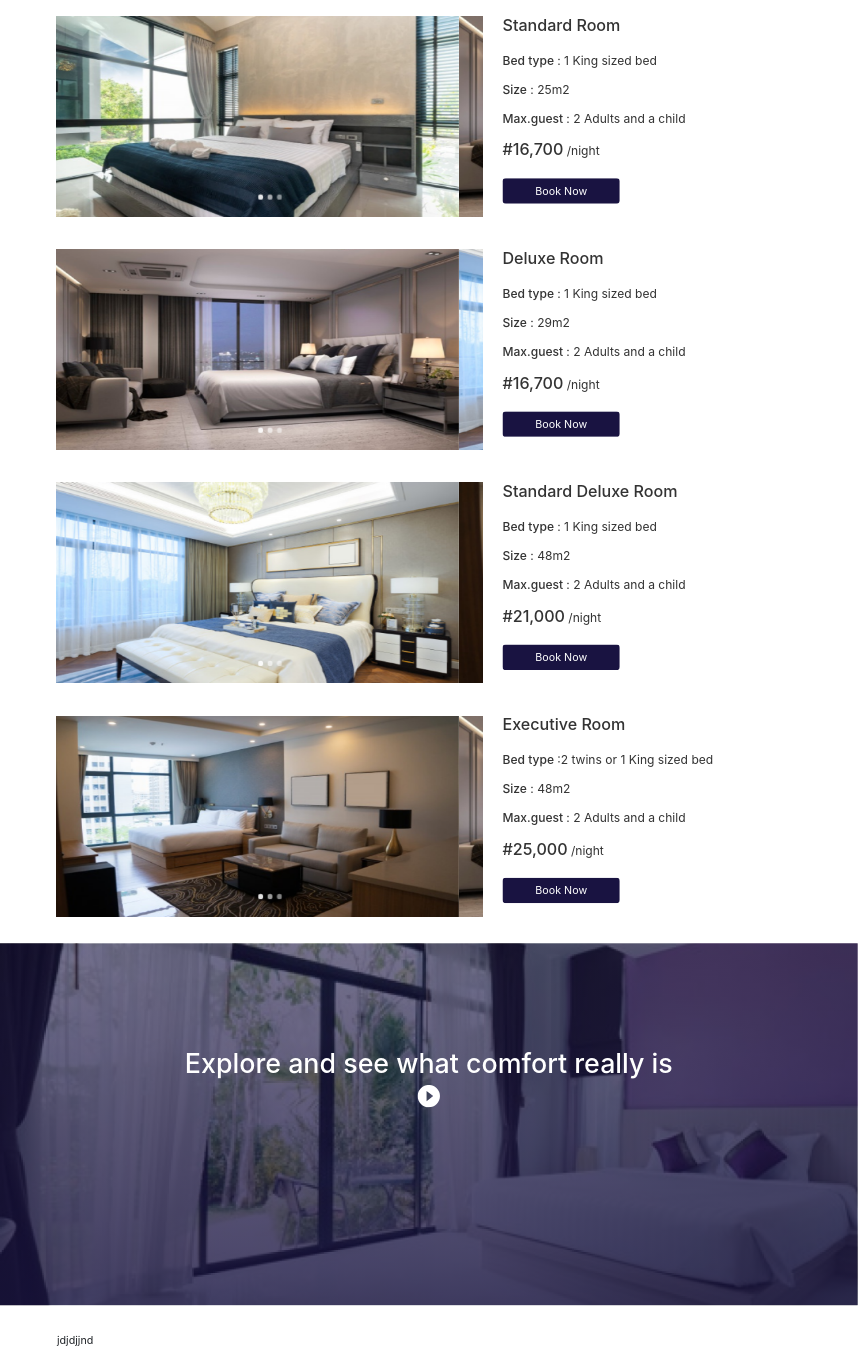
Repository: Syfon01/hotel-website
Page: room.html
The author's editor kept a copy of each file at every save. The page is drawn from the files as they stood at one save, then again after a run of saves.
The browser window is 1280 px wide. The pictures show the whole page, at 67% of full size.

Above is the page before, as saved 2020-06-08 19:26:52.

### room.html
<!doctype html>
<html lang="en">
  <head>
    <title>Title</title>
    <!-- Required meta tags -->
    <meta charset="utf-8">
    <meta name="viewport" content="width=device-width, initial-scale=1, shrink-to-fit=no">

    <!-- Bootstrap CSS -->
    <link rel="stylesheet" href="https://stackpath.bootstrapcdn.com/bootstrap/4.3.1/css/bootstrap.min.css" integrity="sha384-ggOyR0iXCbMQv3Xipma34MD+dH/1fQ784/j6cY/iJTQUOhcWr7x9JvoRxT2MZw1T" crossorigin="anonymous">
    <link rel="stylesheet" href="room.css">
  </head>
  <body>
    <!-- carousel section -->
    <section id="carousel-section">
      <div class="container">
        <div class="row py-4">
          <div class="col-md-7 col-lg-7 col-12 col-sm-12">
            <div id="carouselExampleIndicators" class="carousel slide" data-ride="carousel">
              <ol class="carousel-indicators">
                <li data-target="#carouselExampleIndicators" data-slide-to="0" class="active"></li>
                <li data-target="#carouselExampleIndicators" data-slide-to="1"></li>
                <li data-target="#carouselExampleIndicators" data-slide-to="2"></li>
              </ol>
              <div class="carousel-inner">
                <div class="carousel-item active">
                  <img src="./img/hotel1.png" class="d-block w-100 img-carousel img-fluid" alt="...">
                </div>
                <div class="carousel-item">
                  <img src="./img/hotel2.png" class="d-block w-100 img-carousel img-fluid" alt="...">
                </div>
                <div class="carousel-item">
                  <img src="./img/hotel3.png" class="d-block w-100 img-carousel img-fluid" alt="...">
                </div>
              </div>

            </div>
          </div>
          <div class="col-md-5 col-lg-5 col-12 col-sm-12">
            <h4 class="text-purple mb-4">Standard Room</h4>
            <p class="text-purple"><span class="p-font-weight">Bed type </span>: 1 King sized bed</p>
            <p class="text-purple"><span class="p-font-weight">Size</span> : 25m2</p>
            <p class="text-purple"><span class="p-font-weight">Max.guest </span>: 2 Adults and a child</p>
            <p class="text-purple mb-4"><span class="p-font-weight p-20">#16,700</span> /night</p>
            <button class="btn btn-purple px-5">Book Now</button>
          </div>
        </div>

        <div class="row py-4">
          <div class="col-md-7 col-lg-7 col-12 col-sm-12">
            <div id="carouselExampleIndicators" class="carousel slide" data-ride="carousel">
              <ol class="carousel-indicators">
                <li data-target="#carouselExampleIndicators" data-slide-to="0" class="active"></li>
                <li data-target="#carouselExampleIndicators" data-slide-to="1"></li>
                <li data-target="#carouselExampleIndicators" data-slide-to="2"></li>
              </ol>
              <div class="carousel-inner">
                <div class="carousel-item active">
                  <img src="./img/hotel2.png" class="d-block w-100 img-carousel img-fluid" alt="...">
                </div>
                <div class="carousel-item">
                  <img src="./img/hotel3.png" class="d-block w-100 img-carousel img-fluid" alt="...">
                </div>
                <div class="carousel-item">
                  <img src="./img/hotel4.png" class="d-block w-100 img-carousel img-fluid" alt="...">
                </div>
              </div>

            </div>
          </div>
          <div class="col-md-5 col-lg-5 col-12 col-sm-12">
            <h4 class="text-purple mb-4">Deluxe Room</h4>
            <p class="text-purple"><span class="p-font-weight">Bed type </span>: 1 King sized bed</p>
            <p class="text-purple"><span class="p-font-weight">Size</span> : 29m2</p>
            <p class="text-purple"><span class="p-font-weight">Max.guest </span>: 2 Adults and a child</p>
            <p class="text-purple mb-4"><span class="p-font-weight p-20">#16,700</span> /night</p>
            <button class="btn btn-purple px-5">Book Now</button>
          </div>
        </div>

        <div class="row py-4">
          <div class="col-md-7 col-lg-7 col-12 col-sm-12">
            <div id="carouselExampleIndicators" class="carousel slide" data-ride="carousel">
              <ol class="carousel-indicators">
                <li data-target="#carouselExampleIndicators" data-slide-to="0" class="active"></li>
                <li data-target="#carouselExampleIndicators" data-slide-to="1"></li>
                <li data-target="#carouselExampleIndicators" data-slide-to="2"></li>
              </ol>
              <div class="carousel-inner">
                <div class="carousel-item active">
                  <img src="./img/hotel3.png" class="d-block w-100 img-carousel h-50 img-fluid" alt="...">
                </div>
                <div class="carousel-item">
                  <img src="./img/hotel4.png" class="d-block w-100 img-carousel img-fluid" alt="...">
                </div>
                <div class="carousel-item">
                  <img src="./img/hotel1.png" class="d-block w-100 img-carousel img-fluid" alt="...">
                </div>
              </div>

            </div>
          </div>
          <div class="col-md-5 col-lg-5 col-12 col-sm-12">
            <h4 class="text-purple mb-4">Standard Deluxe Room</h4>
            <p class="text-purple"><span class="p-font-weight">Bed type </span>: 1 King sized bed</p>
            <p class="text-purple"><span class="p-font-weight">Size</span> : 48m2</p>
            <p class="text-purple"><span class="p-font-weight">Max.guest </span>: 2 Adults and a child</p>
            <p class="text-purple mb-4"><span class="p-font-weight p-20">#21,000</span> /night</p>
            <button class="btn btn-purple px-5">Book Now</button>
          </div>
        </div>

        <div class="row py-4">
          <div class="col-md-7 col-lg-7 col-12 col-sm-12">
            <div id="carouselExampleIndicators" class="carousel slide" data-ride="carousel">
              <ol class="carousel-indicators">
                <li data-target="#carouselExampleIndicators" data-slide-to="0" class="active"></li>
                <li data-target="#carouselExampleIndicators" data-slide-to="1"></li>
                <li data-target="#carouselExampleIndicators" data-slide-to="2"></li>
              </ol>
              <div class="carousel-inner">
                <div class="carousel-item active">
                  <img src="./img/hotel4.png" class="d-block w-100 img-carousel h-50 img-fluid" alt="...">
                </div>
                <div class="carousel-item">
                  <img src="./img/hotel2.png" class="d-block w-100 img-carousel img-fluid" alt="...">
                </div>
                <div class="carousel-item">
                  <img src="./img/hotel1.png" class="d-block w-100 img-carousel img-fluid" alt="...">
                </div>
              </div>

            </div>
          </div>
          <div class="col-md-5 col-lg-5 col-12 col-sm-12">
            <h4 class="text-purple mb-4">Executive Room</h4>
            <p class="text-purple"><span class="p-font-weight">Bed type </span>:2 twins or 1 King sized bed</p>
            <p class="text-purple"><span class="p-font-weight">Size</span> : 48m2</p>
            <p class="text-purple"><span class="p-font-weight">Max.guest </span>: 2 Adults and a child</p>
            <p class="text-purple mb-4"><span class="p-font-weight p-20">#25,000</span> /night</p>
            <button class="btn btn-purple px-5">Book Now</button>
          </div>
        </div>
      </div>
    </section>

    <!-- explore section  -->
    <div class="explore py-3">
      <div class='hero'>
        <div class="cont-vert">
          <div class="text-center vert col-12">
            <h1>
              Explore and see what comfort really is
            </h1>
            <img src="./img/play.svg" class="img-fluid" alt="" srcset="">
          </div>
        </div>

      </div>
</div>

<div class="container my-4">
  jdjdjjnd
</div>

    <!-- Optional JavaScript -->
    <!-- jQuery first, then Popper.js, then Bootstrap JS -->
    <script src="https://code.jquery.com/jquery-3.3.1.slim.min.js" integrity="sha384-q8i/X+965DzO0rT7abK41JStQIAqVgRVzpbzo5smXKp4YfRvH+8abtTE1Pi6jizo" crossorigin="anonymous"></script>
    <script src="https://cdnjs.cloudflare.com/ajax/libs/popper.js/1.14.7/umd/popper.min.js" integrity="sha384-UO2eT0CpHqdSJQ6hJty5KVphtPhzWj9WO1clHTMGa3JDZwrnQq4sF86dIHNDz0W1" crossorigin="anonymous"></script>
    <script src="https://stackpath.bootstrapcdn.com/bootstrap/4.3.1/js/bootstrap.min.js" integrity="sha384-JjSmVgyd0p3pXB1rRibZUAYoIIy6OrQ6VrjIEaFf/nJGzIxFDsf4x0xIM+B07jRM" crossorigin="anonymous"></script>
  </body>
</html>

### room.css
.text-purple{
 color: #333333
}
.p-font-weight{
  font-weight: 500;
}
.p-20{
  font-size: 24px;
}
p{
  font-size: 18px;;
}
.btn-purple{
  background-color: #191341;
  color: #fff;
  border-radius: 5px;
}
.img-carousel{
  height: 300px!important;
}
.carousel-indicators li{
  border-radius: 100%;
  width: 8px;
  height: 8px;
}

.hero{
   background-image: linear-gradient(to bottom, rgba(25, 19, 65, 0.6), rgba(25, 19, 65, 0.8)),
   url('/img/explore.png');
   width: 100%;
   height: 75vh;
   background-size: cover;
   color: white;
  ;
}

.vert{
  margin: 0;
  position: absolute;
  top: 50%;
  left: 50%;
  -ms-transform: translate(-50%, -50%);
  transform: translate(-50%, -50%);
}
.cont-vert{
  height: 400px;
  position: relative;
}

After the next 2 saves:
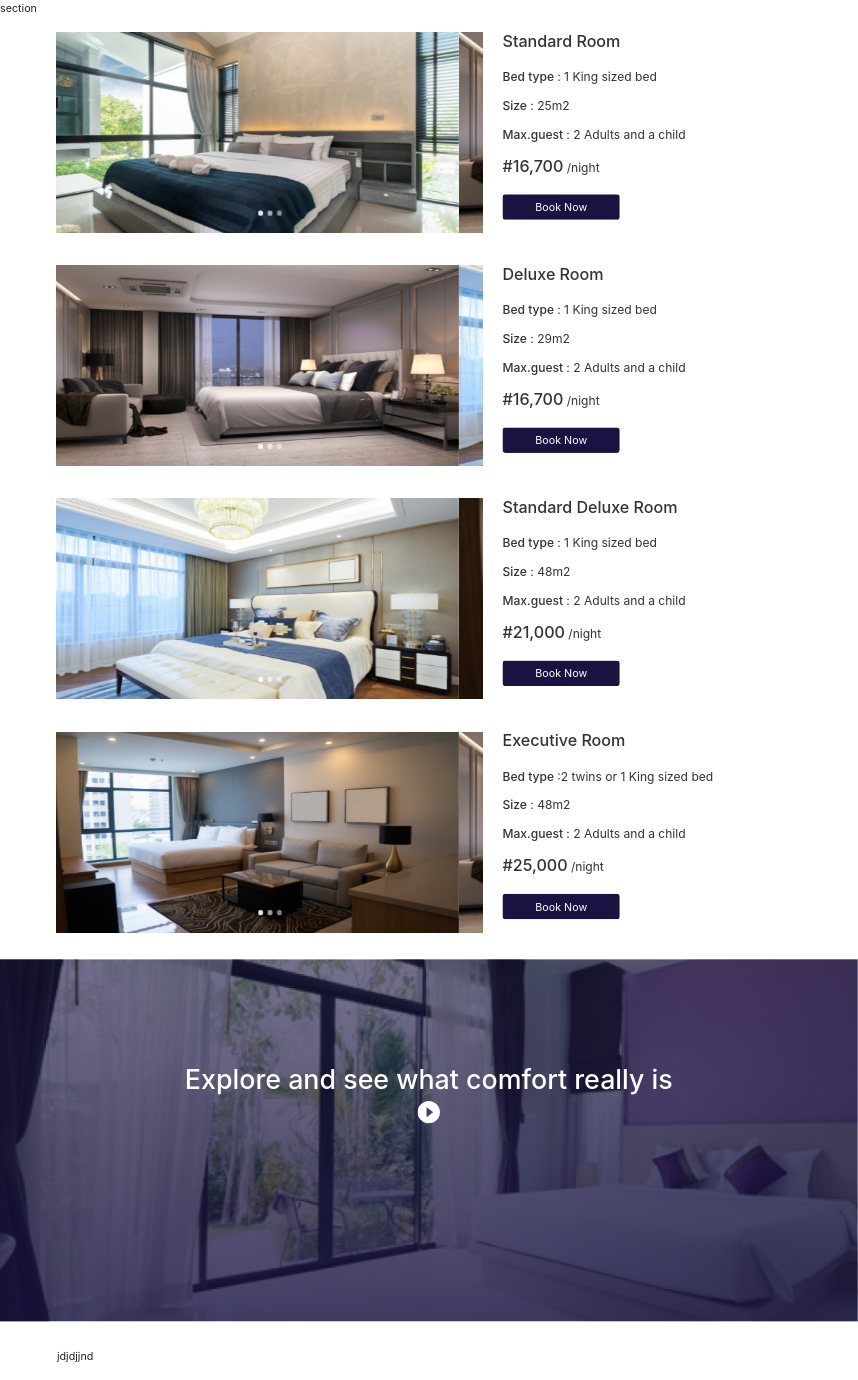
The 2 saves are shown as one change because they came seconds apart.
The last was saved 59 s later.
--- a/room.html
+++ b/room.html
@@ -11,6 +11,7 @@
     <link rel="stylesheet" href="room.css">
   </head>
   <body>
+    section
     <!-- carousel section -->
     <section id="carousel-section">
       <div class="container">

After the 2 saves that followed:
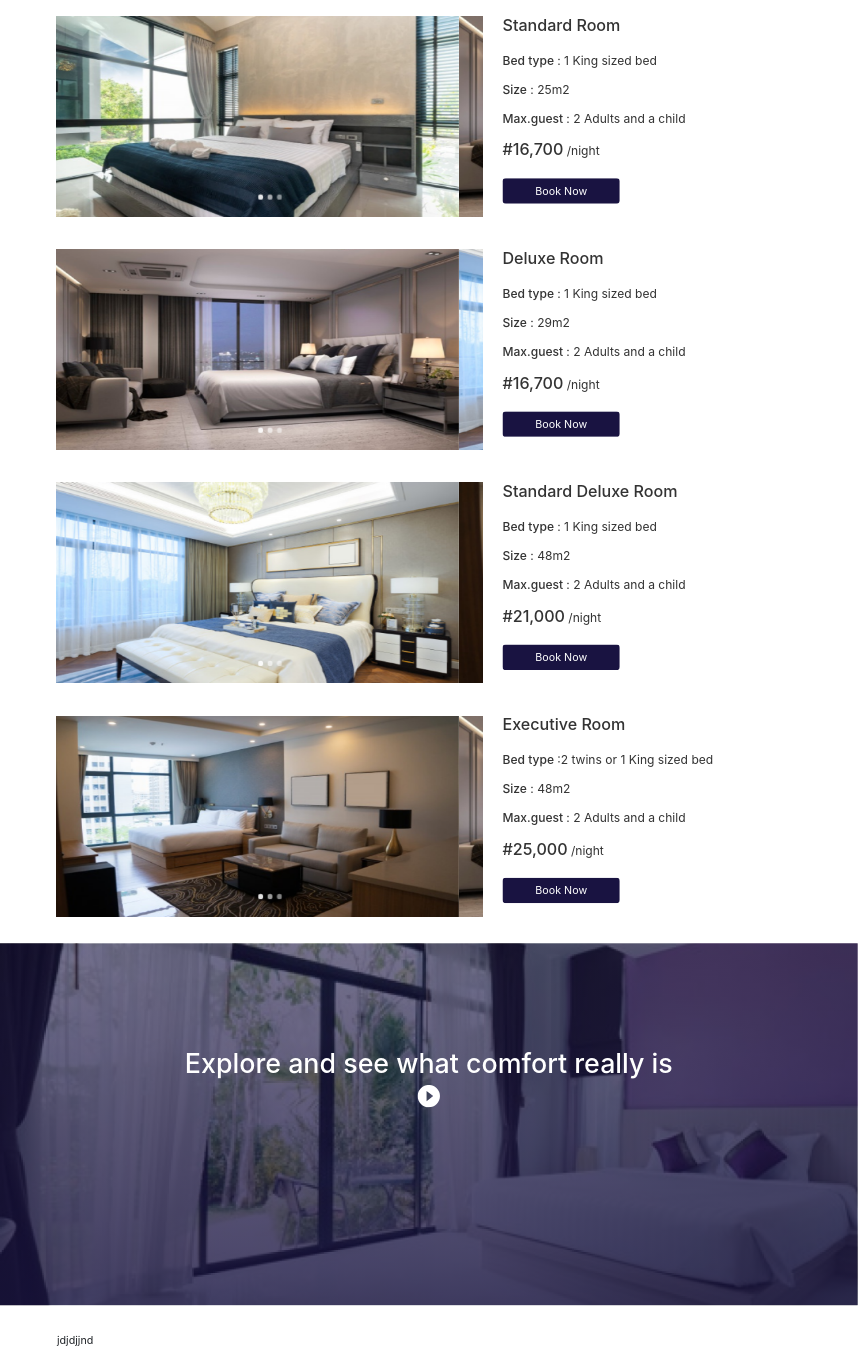
The 2 saves are shown as one change because they came seconds apart.
The last was saved 10 s later.
--- a/room.html
+++ b/room.html
@@ -11,7 +11,9 @@
     <link rel="stylesheet" href="room.css">
   </head>
   <body>
-    section
+    <section class="header">
+
+    </section>
     <!-- carousel section -->
     <section id="carousel-section">
       <div class="container">
